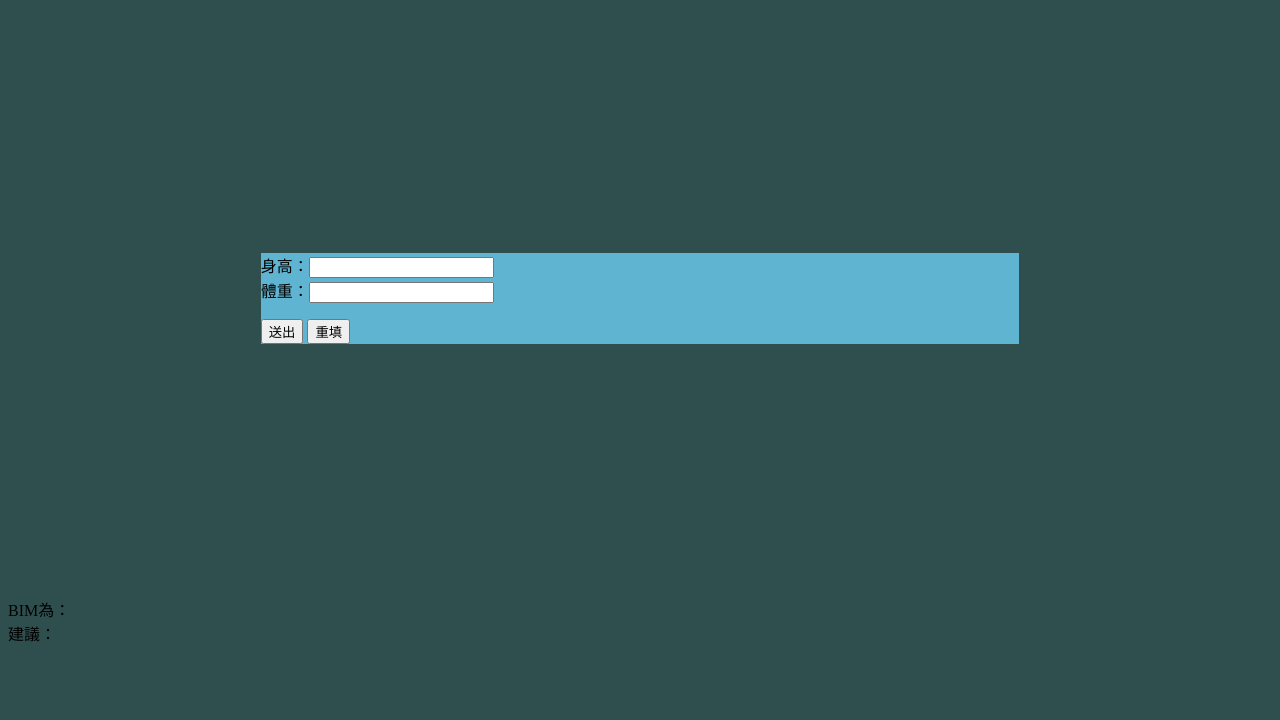
Repository: Digi-Duck/cybercube
Page: 12- 張雅婷/1117-bmi.html
The author's editor kept a copy of each file at every save. The page is drawn from the files as they stood at one save, then again after the next save.
The browser window is 1280 px wide. The pictures show the whole page.

Above is the page before, as saved 2022-11-24 13:48:46.

After the next save:
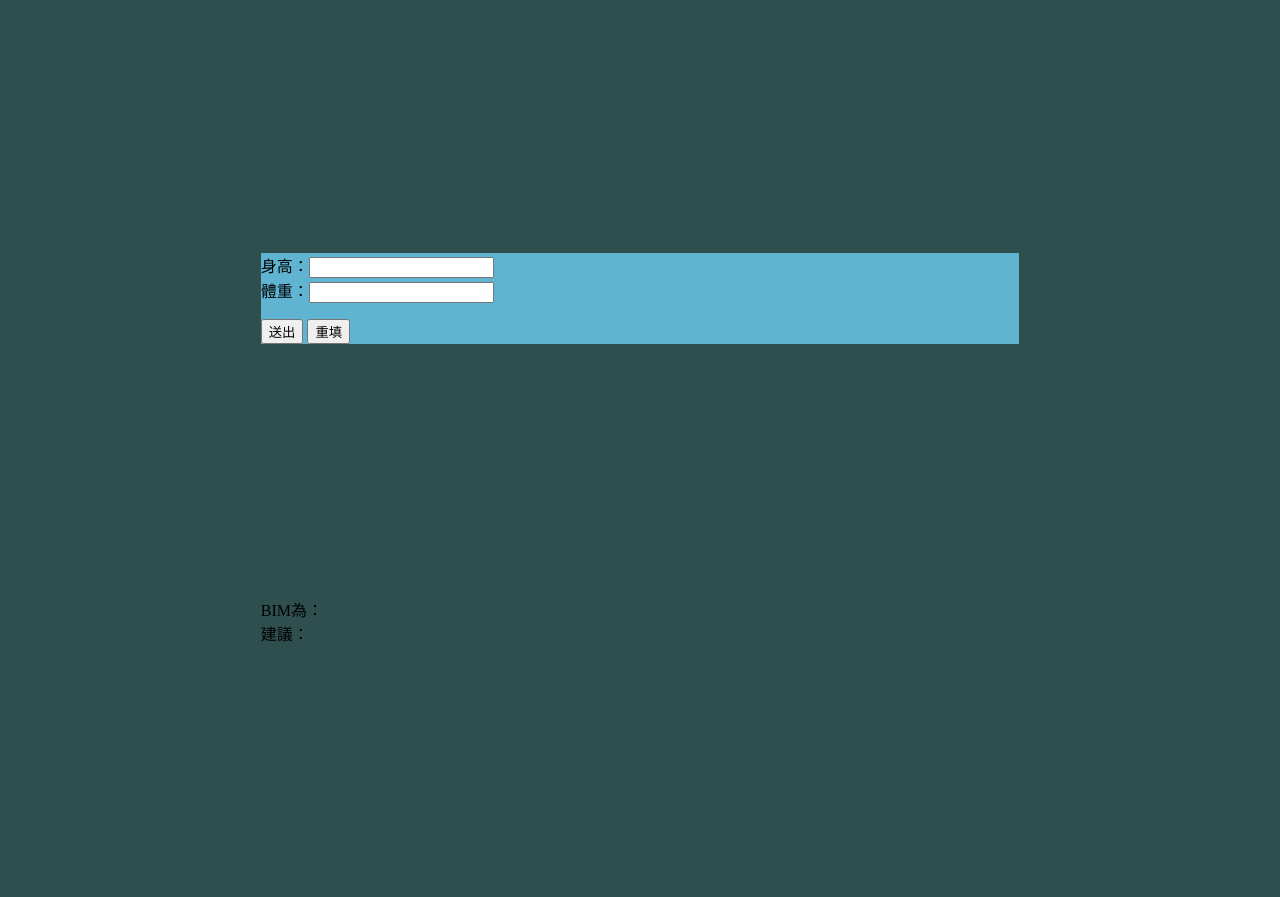
Saved 24 s later.
--- a/12- 張雅婷/bmi.css
+++ b/12- 張雅婷/bmi.css
@@ -7,6 +7,8 @@
 
 .bmi_output.act{
     opacity:1;
+    margin: 20%;
+    align-items: center;
 }
 body{
     background-color: darkslategray;
